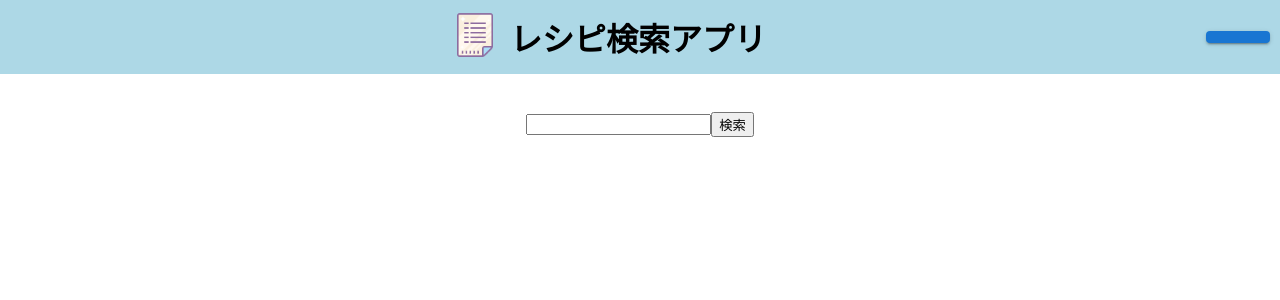
Repository: rweyb/recipe-search-app
Page: /search
An editor plug-in stored every save of this project. The page is shown before and after the next save, followed by the edit.
The browser window is 1280 px wide. The pictures show the whole page.
The project was rebuilt for these pictures with package versions that can differ from the ones it lists, and the page was loaded fresh each time. Also part of the build but not shown: src/components/RecipeResults.js, src/pages/HomePage.js, src/pages/FavoritesPage.js, src/components/FavoritesButton.js, src/pages/RecipePage.js, src/pages/IngredientPage.js.

Above is the page before, as saved 2024-06-21 15:09:57.

After the next save:
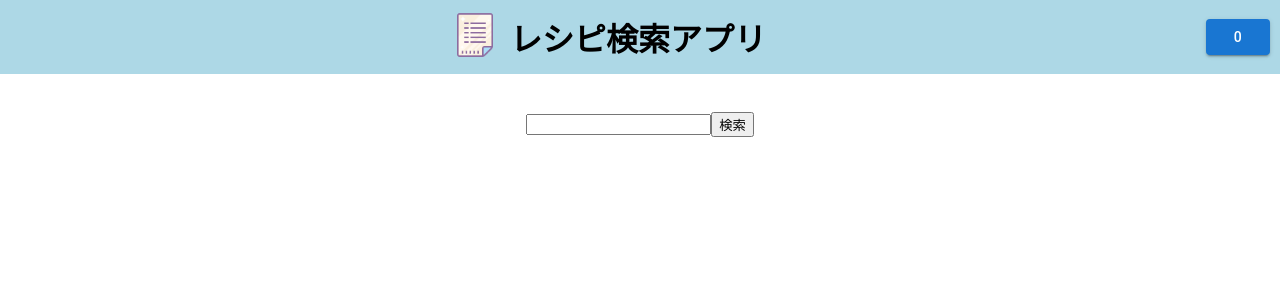
Saved 90 s later.
--- a/src/components/FavoritesRecipeState.js
+++ b/src/components/FavoritesRecipeState.js
@@ -2,7 +2,7 @@ import { atom } from 'recoil';
 
 export const FavoritesRecipeState = atom({
     key: 'FavoritesRecipeState',
-    default: [],
+    default: 0,
 });
 
 
